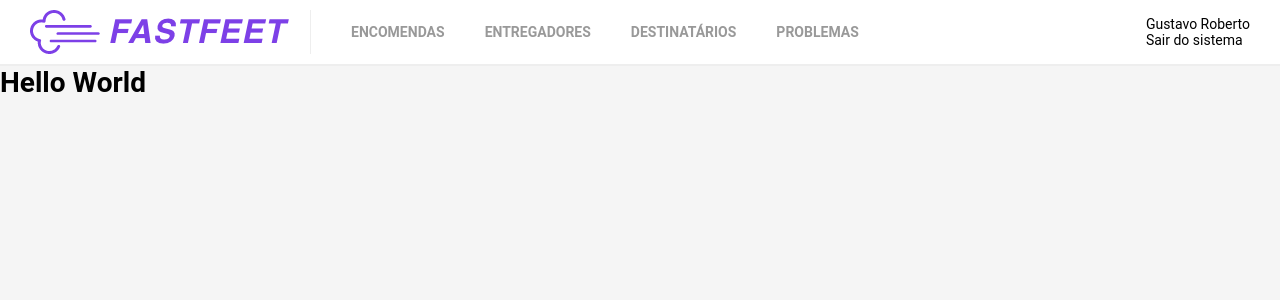
Repository: guuhx97/fastfeet
Page: / (app in frontend/)
An editor plug-in stored every save of this project. The page is shown before and after the next save, followed by the edit.
The browser window is 1280 px wide. The pictures show the whole page.
The project was rebuilt for these pictures with package versions that can differ from the ones it lists, and the page was loaded fresh each time.

Above is the page before, as saved 2020-06-26 15:20:29.

After the next save:
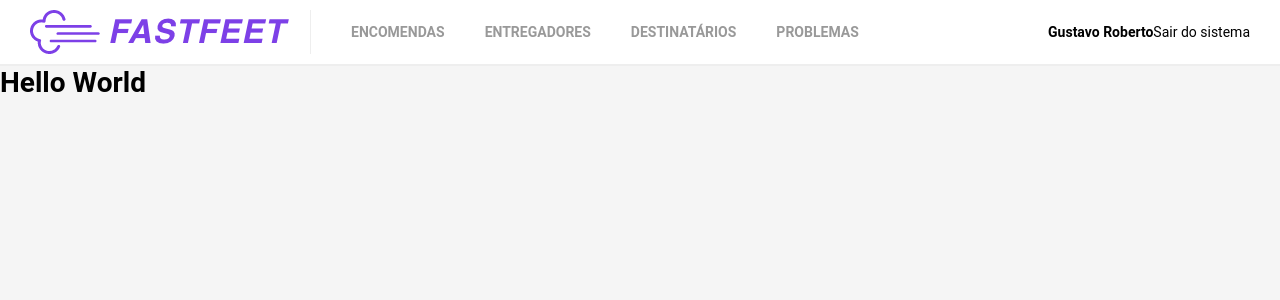
Saved 94 s later.
--- a/frontend/src/components/Header/styles.js
+++ b/frontend/src/components/Header/styles.js
@@ -3,7 +3,7 @@ import styled from 'styled-components';
 export const Container = styled.div`
   background: #fff;
   padding: 0 30px;
-  border-bottom: 2px solid #eee
+  border-bottom: 2px solid #eee;
 `;
 
 export const Content = styled.div`
@@ -30,17 +30,17 @@ export const Content = styled.div`
       margin: 20px;
     }
   }
-
 `;
 
 export const Profile = styled.div`
+  display: flex;
+  align-items: center;
+`;
+
+export const User = styled.p`
+  font-weight: bold;
+`;
+
+export const Logout = styled.p`
 
 `;
-
-export const User = styled.div`
-
-`;
-
-export const Logout = styled.div`
-
-`;
